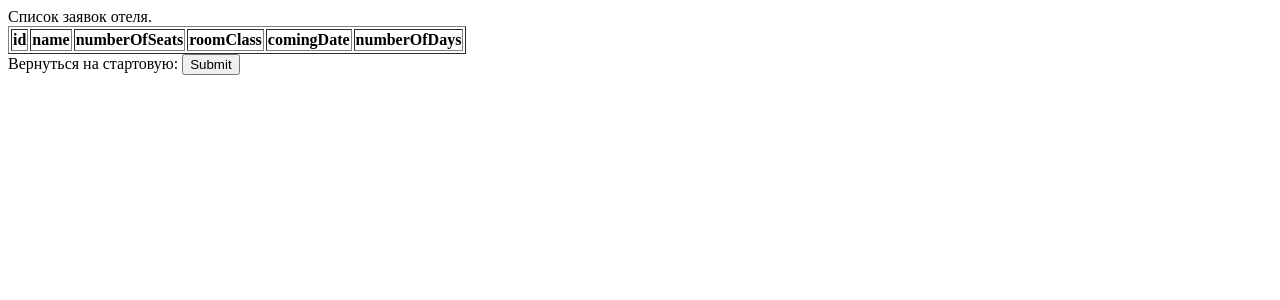
Repository: milosh-alexandr-by/ItAcademyJavaDeveloper
Page: http://localhost/HotelRequestSystem/ClientRequest.jsp
An editor plug-in stored every save of this project. The page is shown before and after the next save, followed by the edit.
The browser window is 1280 px wide. The pictures show the whole page.
The page is served by Tomcat 9. Other server files are loaded and not shown. Queries for data that is not in the repository find no rows.

Above is the page before, as saved 2015-12-10 21:08:56.

### Project_WEB/HotelRequestSystem/WebContent/ClientRequest.jsp
<%@ page import="java.sql.*" language="java" contentType="text/html; charset=UTF-8"
    pageEncoding="UTF-8"%>
<!DOCTYPE html PUBLIC "-//W3C//DTD HTML 4.01 Transitional//EN" "http://www.w3.org/TR/html4/loose.dtd">
<html>
<head>
<meta http-equiv="Content-Type" content="text/html; charset=UTF-8">
<title>Insert title here</title>
</head>
<body>

	Список заявок отеля.

	<%
		Class.forName("com.mysql.jdbc.Driver");
		Connection con = DriverManager.getConnection("jdbc:mysql://localhost:3306/hotelrequestsystem", "root", "root");
		Statement stmt = con.createStatement();
		ResultSet rs = stmt.executeQuery("select * from clientrequest") ;
	%>

	<TABLE BORDER="1">
		<TR>
			<TH>id</TH>
			<TH>name</TH>
			<TH>numberOfSeats</TH>
			<TH>roomClass</TH>
			<TH>comingDate</TH>
			<TH>numberOfDays</TH>
		</TR>
		<% while(rs.next()) { %>
		<TR>
			<TD><%= rs.getString(1) %></TD>
			<TD><%= rs.getString(2) %></TD>
			<TD><%= rs.getString(3) %></TD>
			<TD><%= rs.getString(4) %></TD>
			<TD><%= rs.getString(5) %></TD>
			<TD><%= rs.getString(6) %></TD>
		</TR>
		<% } %>
	</TABLE>

	<form action="Administrator.jsp" method="GET">
		Вернуться на стартовую: <input type="submit" name="ReturnToMainPage" value="Submit">
	</form>

</body>
</html>

After the next save:
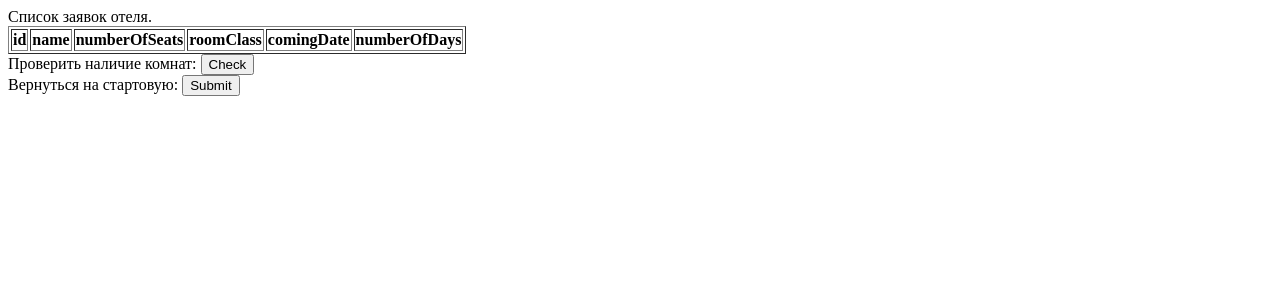
Saved 27 min 5 s later.
--- a/Project_WEB/HotelRequestSystem/WebContent/ClientRequest.jsp
+++ b/Project_WEB/HotelRequestSystem/WebContent/ClientRequest.jsp
@@ -38,6 +38,10 @@
 		<% } %>
 	</TABLE>
 
+	<form action="HotelRequestSystem" method="GET">
+		Проверить наличие комнат: <input type="submit" name="checkRoom" value="Check">
+	</form>
+
 	<form action="Administrator.jsp" method="GET">
 		Вернуться на стартовую: <input type="submit" name="ReturnToMainPage" value="Submit">
 	</form>
